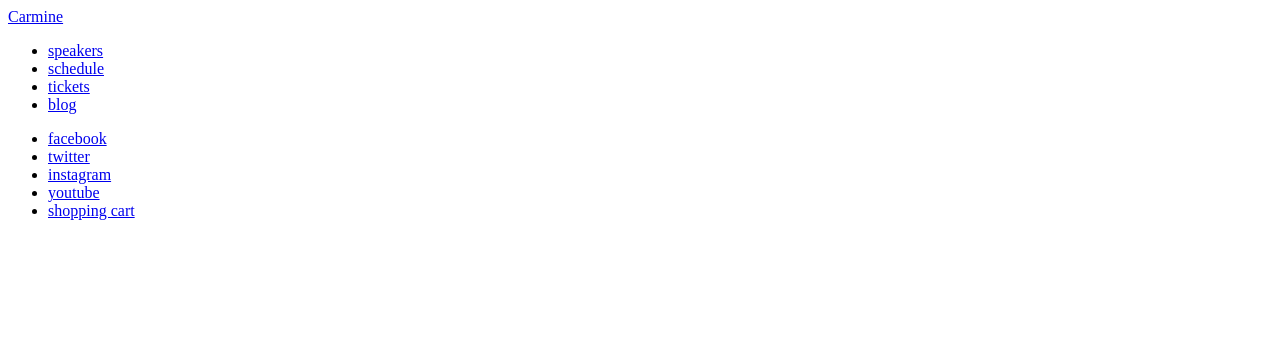
Repository: latenightsnacc/HTML-LESSONS
Page: Course/Projects/Carmine/index.html
These files come from the project's save history. The page is drawn as it stood at one moment and after the next save; the edit follows.
The browser window is 1280 px wide. The pictures show the whole page.

Above is the page before, as saved 2021-10-07 11:52:49.

### Course/Projects/Carmine/index.html
<!DOCTYPE html>
<html lang="en">
<head>
    <meta charset="UTF-8">
    <meta http-equiv="X-UA-Compatible" content="IE=edge">
    <meta name="viewport" content="width=device-width, initial-scale=1.0">
    <title>Carmine</title>
</head>
<body>
   <!--Header-->
   <header>
       <!--Navigation Bar-->
       <nav>
           <!--Logo-->
           <a href="index.html">
               <div>Carmine</div>
           </a>
           <!--Menu-->
           <div>
               <!--Navigation Menu-->
               <ul>
                    <li>
                        <a href="#">speakers</a>
                    </li>
                    <li>
                        <a href="#">schedule</a>
                    </li>
                    <li>
                        <a href="#">tickets</a>
                    </li>
                    <li>
                        <a href="#">blog</a>
                    </li>
                </ul>
               <!--Social Icons Menu-->
               <ul>
                   <li>
                       <a href="#">facebook</a>
                   </li>
                   <li>
                       <a href="#">twitter</a>
                   </li>
                   <li>
                       <a href="#">instagram</a>
                   </li>
                   <li>
                       <a href="#">youtube</a>
                   </li>
                   <li>
                       <a href="#">shopping cart</a>
                   </li>
               </ul>
           </div>

       </nav>
   </header>
   <!--Page Content-->
   <!--Footer-->
</body>
</html>

After the next save:
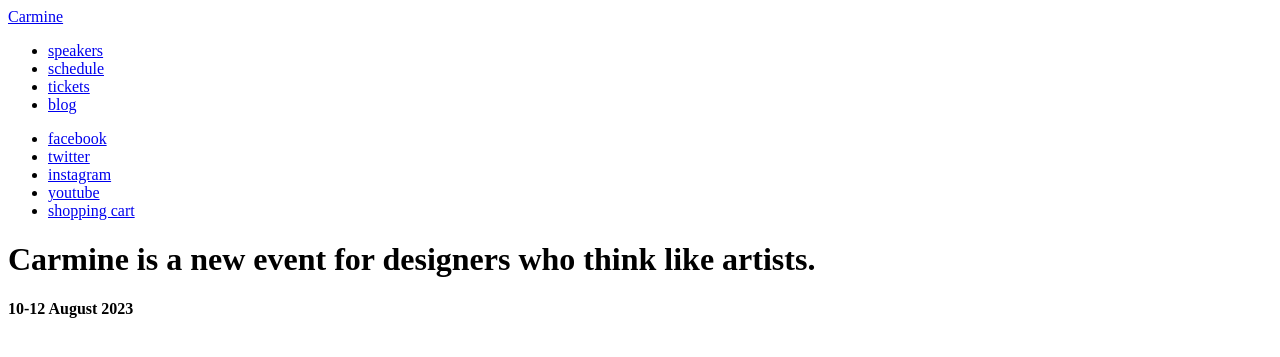
Saved 114 s later.
--- a/Course/Projects/Carmine/index.html
+++ b/Course/Projects/Carmine/index.html
@@ -51,10 +51,16 @@
                    </li>
                </ul>
            </div>
-
        </nav>
    </header>
    <!--Page Content-->
+   <main>
+       <!--Large Text Banner-->
+       <div>
+           <h1>Carmine is a new event for designers who think like artists.</h1>
+            <h4>10-12 August 2023</h4>
+        </div>
+   </main>
    <!--Footer-->
 </body>
 </html>
